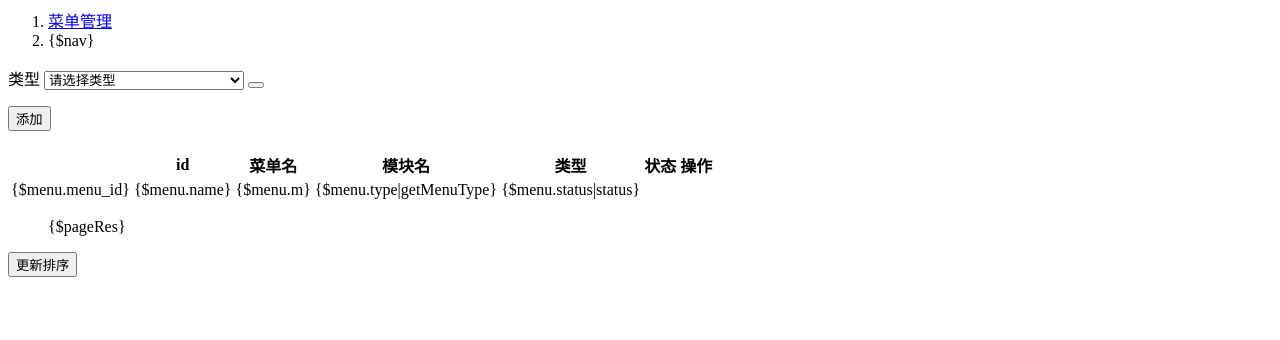
Repository: Sameldon930/zzs_cms
Page: Application/Admin/View/Menu/index.html
These files come from the project's save history. The page is drawn as it stood at one moment and after a run of saves; the edit follows.
The browser window is 1280 px wide. The pictures show the whole page.

Above is the page before, as saved 2019-05-24 15:08:03.

After the next 10 saves:
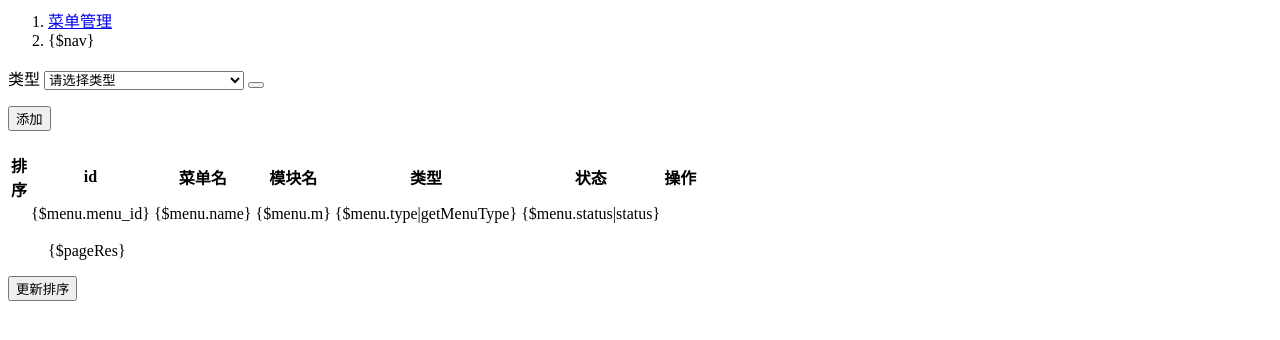
The 10 saves are shown as one change because they came seconds apart.
The last was saved 17 s later.
--- a/Application/Admin/View/Menu/index.html
+++ b/Application/Admin/View/Menu/index.html
@@ -56,7 +56,7 @@
                     <table class="table table-bordered table-hover singcms-table">
                         <thead>
                         <tr>
-                            <th width="14"></th>
+                            <th width="14">排序</th>
                             <th>id</th>
                             <th>菜单名</th>
                             <th>模块名</th>
@@ -68,6 +68,7 @@
                         <tbody>
                         <volist name="menus" id="menu">
                             <tr>
+                                <td></td>
                                 <td>{$menu.menu_id}</td>
                                 <td>{$menu.name}</td>
                                 <td>{$menu.m}</td>
